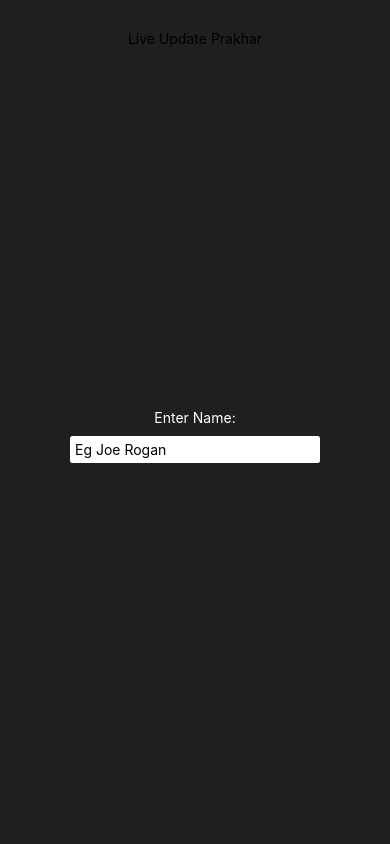
Repository: PrakharGupta36/TodoApp-React-Native
Screen: /
The author's editor kept a copy of each file at every save. The screen is drawn from the files as they stood at one save, then again after a run of saves.
The app was drawn by React Native's web renderer in a window 390 px wide. The project was rebuilt for these pictures with package versions that can differ from the ones it lists, and the page was loaded fresh each time.

Above is the screen before, as saved 2022-03-16 09:29:47.

After the next 2 saves:
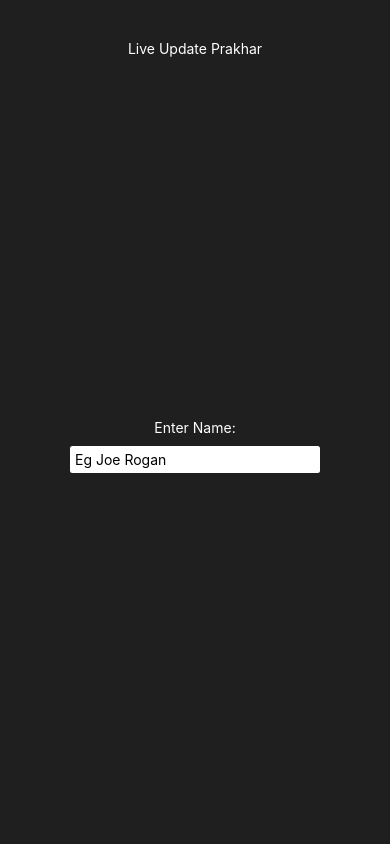
The 2 saves are shown as one change because they came seconds apart.
The last was saved 13 s later.
--- a/App.js
+++ b/App.js
@@ -13,8 +13,8 @@
   const [name, setName] = useState("Prakhar");
   return (
     <View style={styles.container}>
-      <Text> Live Update {name} </Text>
-      <StatusBar style='auto' />
+      <Text style={styles.textWhite}> Live Update {name} </Text>
+
       <View style={styles.buttonContainer}>
         <Text style={styles.textWhite}> Enter Name: </Text>
         <TextInput
@@ -23,6 +23,7 @@
           onChangeText={(e) => setName(e)}
         />
       </View>
+      <StatusBar style='auto' />
     </View>
   );
 }
